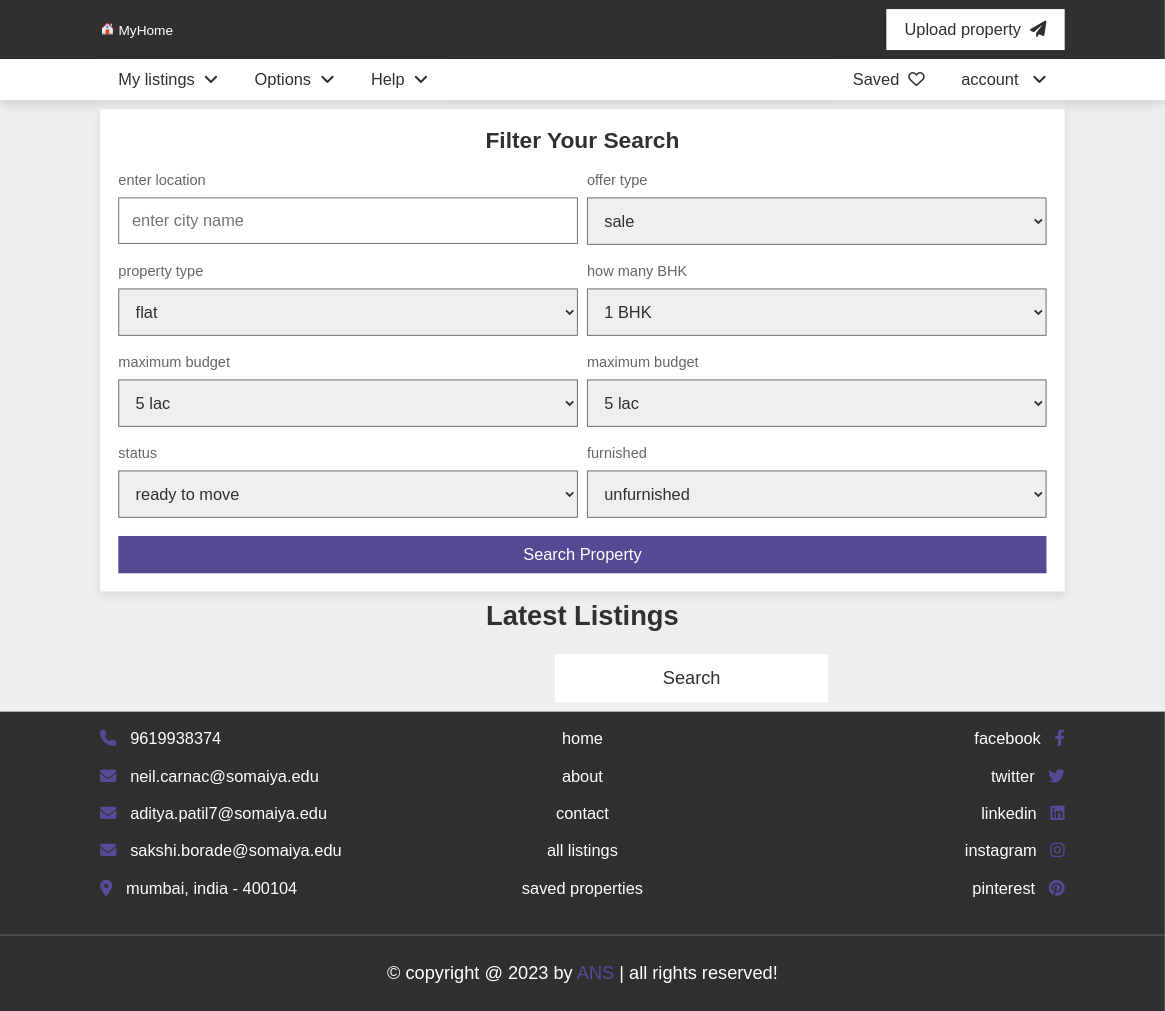
Repository: adi-tya999/wpl-project-realestatewebsite-main
Page: http://localhost/project/search.php
The author's editor kept a copy of each file at every save. The page is drawn from the files as they stood at one save, then again after a run of saves.
The browser window is 1280 px wide. The pictures show the whole page, at 91% of full size.
The page is run by PHP 8.4 with error messages shown; the project is at /var/www/html/. Queries for data that is not in the repository find no rows.

Above is the page before, as saved 2023-04-30 16:54:29.

### project/search.php
<?php

include 'components/connect.php';

if(isset($_COOKIE['user_id'])){
   $user_id = $_COOKIE['user_id'];
}else{
   $user_id = '';
}

include 'components/save_send.php';

?>

<!DOCTYPE html>
<html lang="en">
<head>
<link type="image/png" sizes="16x16" rel="icon" href="images/hoe.png">

   <meta charset="UTF-8">
   <meta http-equiv="X-UA-Compatible" content="IE=edge">
   <meta name="viewport" content="width=device-width, initial-scale=1.0">
   <title>Search Me Daddy</title>

   <!-- font awesome cdn link  -->
   <link rel="stylesheet" href="https://cdnjs.cloudflare.com/ajax/libs/font-awesome/6.2.0/css/all.min.css">

   <!-- custom css file link  -->
   <link rel="stylesheet" href="css/style.css">

</head>
<body>

<?php include 'components/user_header.php'; ?>

<!-- search filter section starts  -->

<section class="filters" style="padding-bottom: 0;">

   <form action="" method="post">
      <div id="close-filter"><i class="fas fa-times"></i></div>
      <h3>filter your search</h3>

         <div class="flex">
            <div class="box">
               <p>enter location</p>
               <input type="text" name="location" required maxlength="50" placeholder="enter city name" class="input">
            </div>
            <div class="box">
               <p>offer type</p>
               <select name="offer" class="input" required>
                  <option value="sale">sale</option>
                  <option value="resale">resale</option>
                  <option value="rent">rent</option>
               </select>
            </div>
            <div class="box">
               <p>property type</p>
               <select name="type" class="input" required>
                  <option value="flat">flat</option>
                  <option value="house">house</option>
                  <option value="shop">shop</option>
               </select>
            </div>
            <div class="box">
               <p>how many BHK</p>
               <select name="bhk" class="input" required>
                  <option value="1">1 BHK</option>
                  <option value="2">2 BHK</option>
                  <option value="3">3 BHK</option>
                  <option value="4">4 BHK</option>
                  <option value="5">5 BHK</option>
                  <option value="6">6 BHK</option>
                  <option value="7">7 BHK</option>
                  <option value="8">8 BHK</option>
                  <option value="9">9 BHK</option>
               </select>
            </div>
            <div class="box">
               <p>maximum budget</p>
               <select name="min" class="input" required>
                  <option value="500000">5 lac</option>
                  <option value="1000000">10 lac</option>
                  <option value="2000000">20 lac</option>
                  <option value="3000000">30 lac</option>
                  <option value="4000000">40 lac</option>
                  <option value="4000000">40 lac</option>
                  <option value="5000000">50 lac</option>
                  <option value="6000000">60 lac</option>
                  <option value="7000000">70 lac</option>
                  <option value="8000000">80 lac</option>
                  <option value="9000000">90 lac</option>
                  <option value="10000000">1 Cr</option>
                  <option value="20000000">2 Cr</option>
                  <option value="30000000">3 Cr</option>
                  <option value="40000000">4 Cr</option>
                  <option value="50000000">5 Cr</option>
                  <option value="60000000">6 Cr</option>
                  <option value="70000000">7 Cr</option>
                  <option value="80000000">8 Cr</option>
                  <option value="90000000">9 Cr</option>
                  <option value="100000000">10 Cr</option>
                  <option value="150000000">15 Cr</option>
                  <option value="200000000">20 Cr</option>
               </select>
            </div>
            <div class="box">
               <p>maximum budget</p>
               <select name="max" class="input" required>
                  <option value="500000">5 lac</option>
                  <option value="1000000">10 lac</option>
                  <option value="2000000">20 lac</option>
                  <option value="3000000">30 lac</option>
                  <option value="4000000">40 lac</option>
                  <option value="4000000">40 lac</option>
                  <option value="5000000">50 lac</option>
                  <option value="6000000">60 lac</option>
                  <option value="7000000">70 lac</option>
                  <option value="8000000">80 lac</option>
                  <option value="9000000">90 lac</option>
                  <option value="10000000">1 Cr</option>
                  <option value="20000000">2 Cr</option>
                  <option value="30000000">3 Cr</option>
                  <option value="40000000">4 Cr</option>
                  <option value="50000000">5 Cr</option>
                  <option value="60000000">6 Cr</option>
                  <option value="70000000">7 Cr</option>
                  <option value="80000000">8 Cr</option>
                  <option value="90000000">9 Cr</option>
                  <option value="100000000">10 Cr</option>
                  <option value="150000000">15 Cr</option>
                  <option value="200000000">20 Cr</option>
               </select>
            </div>
            <div class="box">
               <p>status</p>
               <select name="status" class="input" required>
                  <option value="ready to move">ready to move</option>
                  <option value="under construction">under construction</option>
               </select>
            </div>
            <div class="box">
               <p>furnished</p>
               <select name="furnished" class="input" required>
                  <option value="unfurnished">unfurnished</option>
                  <option value="furnished">furnished</option>
                  <option value="semi-furnished">semi-furnished</option>
               </select>
            </div>
         </div>
         <input type="submit" value="search property" name="filter_search" class="btn">
   </form>

</section>

<!-- search filter section ends -->

<div id="filter-btn" class="fas fa-filter"></div>

<?php

if(isset($_POST['h_search'])){

   $h_location = $_POST['h_location'];
   $h_location = filter_var($h_location, FILTER_SANITIZE_STRING);
   $h_type = $_POST['h_type'];
   $h_type = filter_var($h_type, FILTER_SANITIZE_STRING);
   $h_offer = $_POST['h_offer'];
   $h_offer = filter_var($h_offer, FILTER_SANITIZE_STRING);
   $h_min = $_POST['h_min'];
   $h_min = filter_var($h_min, FILTER_SANITIZE_STRING);
   $h_max = $_POST['h_max'];
   $h_max = filter_var($h_max, FILTER_SANITIZE_STRING);

   $select_properties = $conn->prepare("SELECT * FROM `property` WHERE address LIKE '%{$h_location}%' AND type LIKE '%{$h_type}%' AND offer LIKE '%{$h_offer}%' AND price BETWEEN $h_min AND $h_max ORDER BY date DESC");
   $select_properties->execute();

}elseif(isset($_POST['filter_search'])){

   $location = $_POST['location'];
   $location = filter_var($location, FILTER_SANITIZE_STRING);
   $type = $_POST['type'];
   $type = filter_var($type, FILTER_SANITIZE_STRING);
   $offer = $_POST['offer'];
   $offer = filter_var($offer, FILTER_SANITIZE_STRING);
   $bhk = $_POST['bhk'];
   $bhk = filter_var($bhk, FILTER_SANITIZE_STRING);
   $min = $_POST['min'];
   $min = filter_var($min, FILTER_SANITIZE_STRING);
   $max = $_POST['max'];
   $max = filter_var($max, FILTER_SANITIZE_STRING);
   $status = $_POST['status'];
   $status = filter_var($status, FILTER_SANITIZE_STRING);
   $furnished = $_POST['furnished'];
   $furnished = filter_var($furnished, FILTER_SANITIZE_STRING);

   $select_properties = $conn->prepare("SELECT * FROM `property` WHERE address LIKE '%{$location}%' AND type LIKE '%{$type}%' AND offer LIKE '%{$offer}%' AND bhk LIKE '%{$bhk}%' AND status LIKE '%{$status}%' AND furnished LIKE '%{$furnished}%' AND price BETWEEN $min AND $max ORDER BY date DESC");
   $select_properties->execute();

}else{
   $select_properties = $conn->prepare("SELECT * FROM `property` ORDER BY date DESC LIMIT 6");
   $select_properties->execute();
}

?>

<!-- listings section starts  -->

<section class="listings">

   <?php
      if(isset($_POST['h_search']) or isset($_POST['filter_search'])){
         echo '<h1 class="heading">search results</h1>';
      }else{
         echo '<h1 class="heading">latest listings</h1>';
      }
   ?>

   <div class="box-container">
      <?php
         $total_images = 0;
         if($select_properties->rowCount() > 0){
            while($fetch_property = $select_properties->fetch(PDO::FETCH_ASSOC)){
            $select_user = $conn->prepare("SELECT * FROM `users` WHERE id = ?");
            $select_user->execute([$fetch_property['user_id']]);
            $fetch_user = $select_user->fetch(PDO::FETCH_ASSOC);

            if(!empty($fetch_property['image_02'])){
               $image_coutn_02 = 1;
            }else{
               $image_coutn_02 = 0;
            }
            if(!empty($fetch_property['image_03'])){
               $image_coutn_03 = 1;
            }else{
               $image_coutn_03 = 0;
            }
            if(!empty($fetch_property['image_04'])){
               $image_coutn_04 = 1;
            }else{
               $image_coutn_04 = 0;
            }
            if(!empty($fetch_property['image_05'])){
               $image_coutn_05 = 1;
            }else{
               $image_coutn_05 = 0;
            }

            $total_images = (1 + $image_coutn_02 + $image_coutn_03 + $image_coutn_04 + $image_coutn_05);

            $select_saved = $conn->prepare("SELECT * FROM `saved` WHERE property_id = ? and user_id = ?");
            $select_saved->execute([$fetch_property['id'], $user_id]);

      ?>
      <form action="" method="POST">
         <div class="box">
            <input type="hidden" name="property_id" value="<?= $fetch_property['id']; ?>">
            <?php
               if($select_saved->rowCount() > 0){
            ?>
            <button type="submit" name="save" class="save"><i class="fas fa-heart"></i><span>saved</span></button>
            <?php
               }else{
            ?>
            <button type="submit" name="save" class="save"><i class="far fa-heart"></i><span>save</span></button>
            <?php
               }
            ?>
            <div class="thumb">
               <p class="total-images"><i class="far fa-image"></i><span><?= $total_images; ?></span></p>
               <img src="uploaded_files/<?= $fetch_property['image_01']; ?>" alt="">
            </div>
            <div class="admin">
               <h3><?= substr($fetch_user['name'], 0, 1); ?></h3>
               <div>
                  <p><?= $fetch_user['name']; ?></p>
                  <span><?= $fetch_property['date']; ?></span>
               </div>
            </div>
         </div>
         <div class="box">
            <div class="price"><i class="fas fa-indian-rupee-sign"></i><span><?= $fetch_property['price']; ?></span></div>
            <h3 class="name"><?= $fetch_property['property_name']; ?></h3>
            <p class="location"><i class="fas fa-map-marker-alt"></i><span><?= $fetch_property['address']; ?></span></p>
            <div class="flex">
               <p><i class="fas fa-house"></i><span><?= $fetch_property['type']; ?></span></p>
               <p><i class="fas fa-tag"></i><span><?= $fetch_property['offer']; ?></span></p>
               <p><i class="fas fa-bed"></i><span><?= $fetch_property['bhk']; ?> BHK</span></p>
               <p><i class="fas fa-trowel"></i><span><?= $fetch_property['status']; ?></span></p>
               <p><i class="fas fa-couch"></i><span><?= $fetch_property['furnished']; ?></span></p>
               <p><i class="fas fa-maximize"></i><span><?= $fetch_property['carpet']; ?>sqft</span></p>
            </div>
            <div class="flex-btn">
               <a href="view_property.php?get_id=<?= $fetch_property['id']; ?>" class="btn">view property</a>
               <input type="submit" value="send enquiry" name="send" class="btn">
            </div>
         </div>
      </form>
      <?php
         }
      }else{
         echo '<p class="empty" style= mar>Search</p>';
      }
      ?>

   </div>

</section>

<!-- listings section ends -->











<script src="https://cdnjs.cloudflare.com/ajax/libs/sweetalert/2.1.2/sweetalert.min.js"></script>

<?php include 'components/footer.php'; ?>

<!-- custom js file link  -->
<script src="js/script.js"></script>

<?php include 'components/message.php'; ?>

<script>

document.querySelector('#filter-btn').onclick = () =>{
   document.querySelector('.filters').classList.add('active');
}

document.querySelector('#close-filter').onclick = () =>{
   document.querySelector('.filters').classList.remove('active');
}

</script>

</body>
</html>

### project/components/connect.php
<?php

   $db_name = 'mysql:host=localhost;dbname=home_db';
   $db_user_name = 'root';
   $db_user_pass = '';

   $conn = new PDO($db_name, $db_user_name, $db_user_pass);

   function create_unique_id(){
      $characters = '0123456789abcdefghijklmnopqrstuvwxyzABCDEFGHIJKLMNOPQRSTUVWXYZ';
      $charactersLength = strlen($characters);
      $randomString = '';
      for ($i = 0; $i < 20; $i++) {
          $randomString .= $characters[mt_rand(0, $charactersLength - 1)];
      }
      return $randomString;
  }

?>

### project/components/save_send.php
<?php

if(isset($_POST['save'])){
   if($user_id != ''){

      $save_id = create_unique_id();
      $property_id = $_POST['property_id'];
      $property_id = filter_var($property_id, FILTER_SANITIZE_STRING);

      $verify_saved = $conn->prepare("SELECT * FROM `saved` WHERE property_id = ? and user_id = ?");
      $verify_saved->execute([$property_id, $user_id]);

      if($verify_saved->rowCount() > 0){
         $remove_saved = $conn->prepare("DELETE FROM `saved` WHERE property_id = ? AND user_id = ?");
         $remove_saved->execute([$property_id, $user_id]);
         $success_msg[] = 'removed from saved!';
      }else{
         $insert_saved = $conn->prepare("INSERT INTO`saved`(id, property_id, user_id) VALUES(?,?,?)");
         $insert_saved->execute([$save_id, $property_id, $user_id]);
         $success_msg[] = 'listing saved!';
      }

   }else{
      $warning_msg[] = 'please login first!';
   }
}

if(isset($_POST['send'])){
   if($user_id != ''){

      $request_id = create_unique_id();
      $property_id = $_POST['property_id'];
      $property_id = filter_var($property_id, FILTER_SANITIZE_STRING);

      $select_receiver = $conn->prepare("SELECT user_id FROM `property` WHERE id = ? LIMIT 1");
      $select_receiver->execute([$property_id]);
      $fetch_receiver = $select_receiver->fetch(PDO::FETCH_ASSOC);
      $receiver = $fetch_receiver['user_id'];

      $verify_request = $conn->prepare("SELECT * FROM `requests` WHERE property_id = ? AND sender = ? AND receiver = ?");
      $verify_request->execute([$property_id, $user_id, $receiver]);

      if(($verify_request->rowCount() > 0)){
         $warning_msg[] = 'request sent already!';
      }else{
         $send_request = $conn->prepare("INSERT INTO `requests`(id, property_id, sender, receiver) VALUES(?,?,?,?)");
         $send_request->execute([$request_id, $property_id, $user_id, $receiver]);
         $success_msg[] = 'request sent successfully!';
      }

   }else{
      $warning_msg[] = 'please login first!';
   }
}

?>

### project/components/user_header.php
<!-- header section starts  -->

<header class="header">

   <nav class="navbar nav-1">
      <section class="flex">
         <a href="home.php" class="logo"><img src="images/hoe.png" alt=""> MyHome</a>

         <ul>
            <li class="upload"><a href="post_property.php">Upload property<i class="fas fa-paper-plane"></i></a></li>
         </ul>
      </section>
   </nav>

   <style>
      .menu{
         font-size: 1rem !important;
      }
   </style>

   <nav class="navbar nav-2">
      <section class="flex">
         <div id="menu-btn" class="fas fa-bars"></div>

         <div class="menu">
            <ul>
               <li><a href="#">My listings<i class="fas fa-angle-down"></i></a>
                  <ul>
                     <li><a href="dashboard.php">Dashboard</a></li>
                     <li><a href="post_property.php">Upload Property</a></li>
                     <li><a href="my_listings.php">My Listings</a></li>
                  </ul>
               </li>
               <li><a href="#">Options<i class="fas fa-angle-down"></i></a>
                  <ul>
                     <li><a href="search.php">Filter search</a></li>
                     <li><a href="listings.php">All listings</a></li>
                  </ul>
               </li>
               <li><a href="#">Help<i class="fas fa-angle-down"></i></a>
                  <ul>
                     <li><a href="about.php">About Us</a></i></li>
                     <li><a href="contact.php">Contact Us</a></i></li>
                     <li><a href="contact.php#faq">FAQ</a></i></li>
                  </ul>
               </li>
            </ul>
         </div>

         <ul>
            <li><a href="saved.php">Saved<i class="far fa-heart"></i></a></li>
            <li><a href="#">account <i class="fas fa-angle-down"></i></a>
               <ul>
                  <li><a href="login.php">login Now</a></li>
                  <li><a href="register.php">Register New</a></li>
                  <?php if($user_id != ''){ ?>
                  <li><a href="update.php">Update Profile</a></li>
                  <li><a href="components/user_logout.php" onclick="return confirm('logout from this website?');">Logout</a>
                  <?php } ?></li>
               </ul>
            </li>
         </ul>
      </section>
   </nav>

</header>

<!-- header section ends -->

### project/components/footer.php
<!-- footer section starts  -->

<footer class="footer">

   <section class="flex">

      <div class="box">
         <a href="tel:9619938374"><i class="fas fa-phone"></i><span>9619938374</span></a>
         <a href="mailto:neil.carnac@somaiya.edu"><i class="fas fa-envelope"></i><span>neil.carnac@somaiya.edu</span></a>
         <a href="mailto:aditya.patil7@somaiya.edu"><i class="fas fa-envelope"></i><span>aditya.patil7@somaiya.edu</span></a>
         <a href="mailto:sakshi.borade@somaiya.edu"><i class="fas fa-envelope"></i><span>sakshi.borade@somaiya.edu</span></a>
         <a href="#"><i class="fas fa-map-marker-alt"></i><span>mumbai, india - 400104</span></a>
      </div>

      <div class="box">
         <a href="home.php"><span>home</span></a>
         <a href="about.php"><span>about</span></a>
         <a href="contact.php"><span>contact</span></a>
         <a href="listings.php"><span>all listings</span></a>
         <a href="saved.php"><span>saved properties</span></a>
      </div>

      <div class="box">
         <a href="#"><span>facebook</span><i class="fab fa-facebook-f"></i></a>
         <a href="#"><span>twitter</span><i class="fab fa-twitter"></i></a>
         <a href="#"><span>linkedin</span><i class="fab fa-linkedin"></i></a>
         <a href="#"><span>instagram</span><i class="fab fa-instagram"></i></a>
         <a href="#"><span>pinterest</span><i class="fab fa-pinterest"></i></a>

      </div>

   </section>

   <div class="credit">&copy; copyright @ <?= date('Y'); ?> by <span>ANS</span> | all rights reserved!</div>

</footer>

<!-- footer section ends -->

Loaded but not shown: project/components/message.php (common file); project/js/script.js (21 lines, source omitted); project/css/style.css (1372 lines, source omitted)

After the next 3 saves:
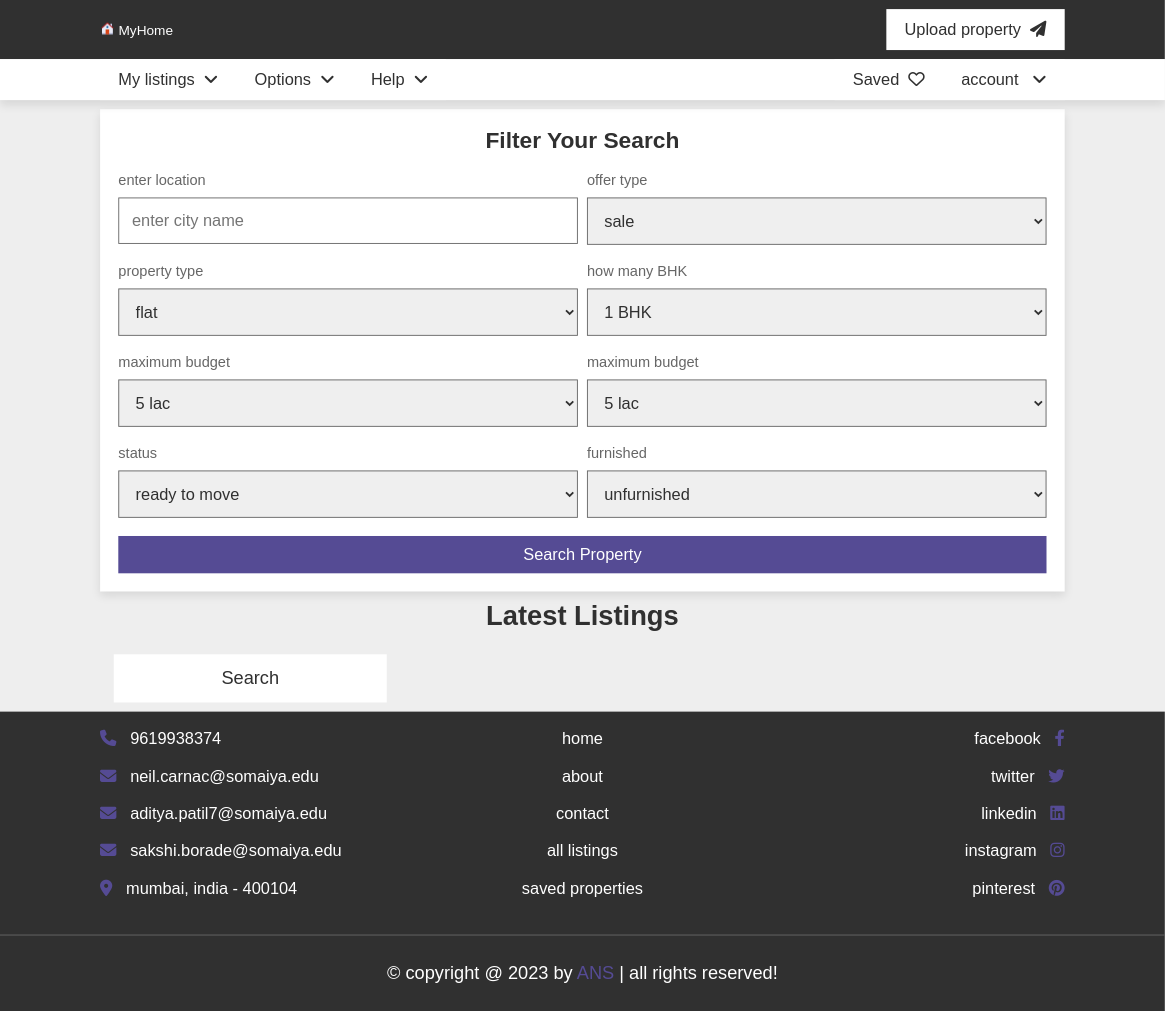
The 3 saves are shown as one change because they came seconds apart.
The last was saved 28 s later.
--- a/project/search.php
+++ b/project/search.php
@@ -299,7 +299,7 @@ if(isset($_POST['h_search'])){
       <?php
          }
       }else{
-         echo '<p class="empty" style= mar>Search</p>';
+         echo '<p class="empty" style="margin-left:1.5rem;">Search</p>';
       }
       ?>
 
